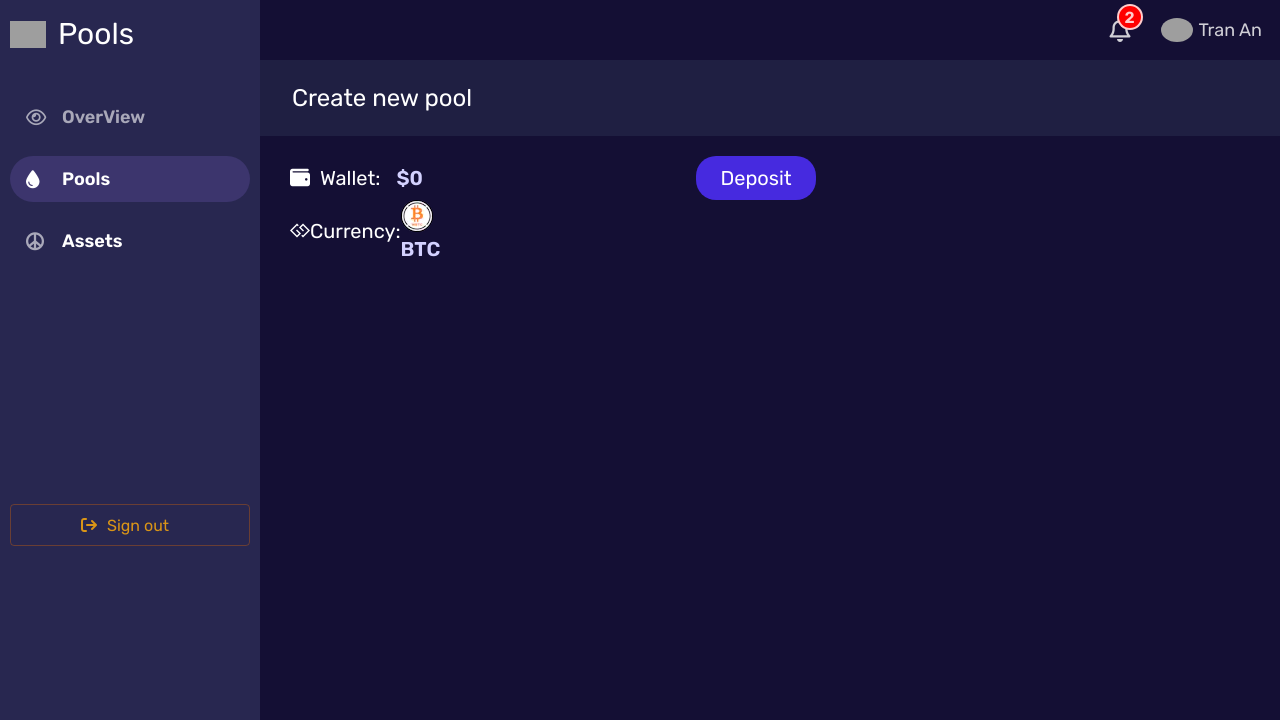
Repository: quynh232000/pools
Page: pool/create-pool.html
These files come from the project's save history. The page is drawn as it stood at one moment and after the next save; the edit follows.
The browser window is 1280 px wide. The pictures show the whole page.
Pictures or frames that could not be fetched are drawn as grey boxes.

Above is the page before, as saved 2023-07-14 00:28:51.

After the next save:
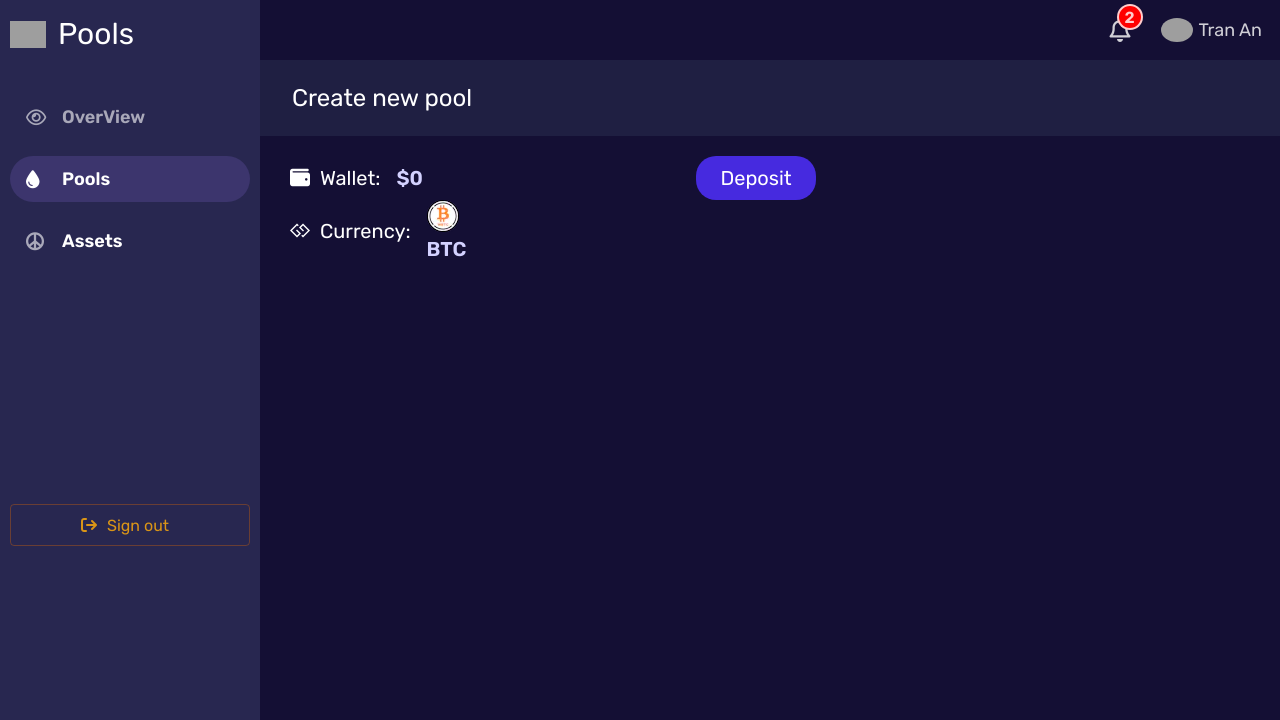
Saved 5 s later.
--- a/pool/create-pool.html
+++ b/pool/create-pool.html
@@ -71,7 +71,7 @@
           </div>
           <div class="create-item">
             <i class="fa-brands fa-gg"></i>
-            <div class="create-wallet-title">Currency:</div>
+            <div class="create-item-title">Currency:</div>
             <div class="create-select-type-money">
               <span>
                 <img src="../src/img/btc.png" alt="" />
